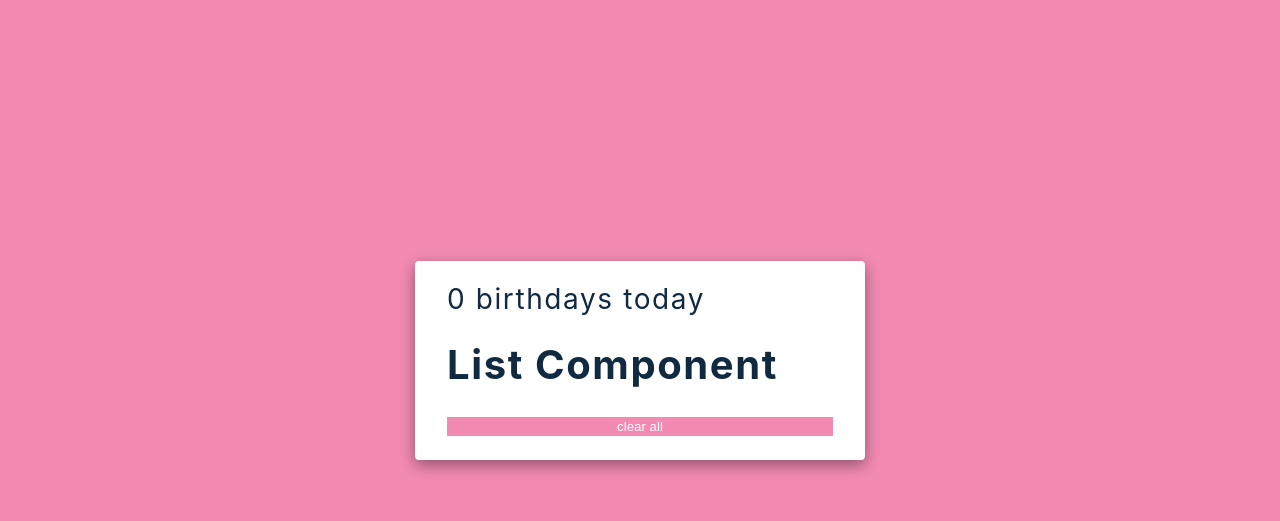
Repository: bodescuanamariia/birthday-reminder
Page: /
An editor plug-in stored every save of this project. The page is shown before and after the next save, followed by the edit.
The browser window is 1280 px wide. The pictures show the whole page.
The project was rebuilt for these pictures with package versions that can differ from the ones it lists, and the page was loaded fresh each time. Imported but missing from the stored project, and not drawn on this page: src/data.

Above is the page before, as saved 2022-04-14 14:31:22.

After the next save:
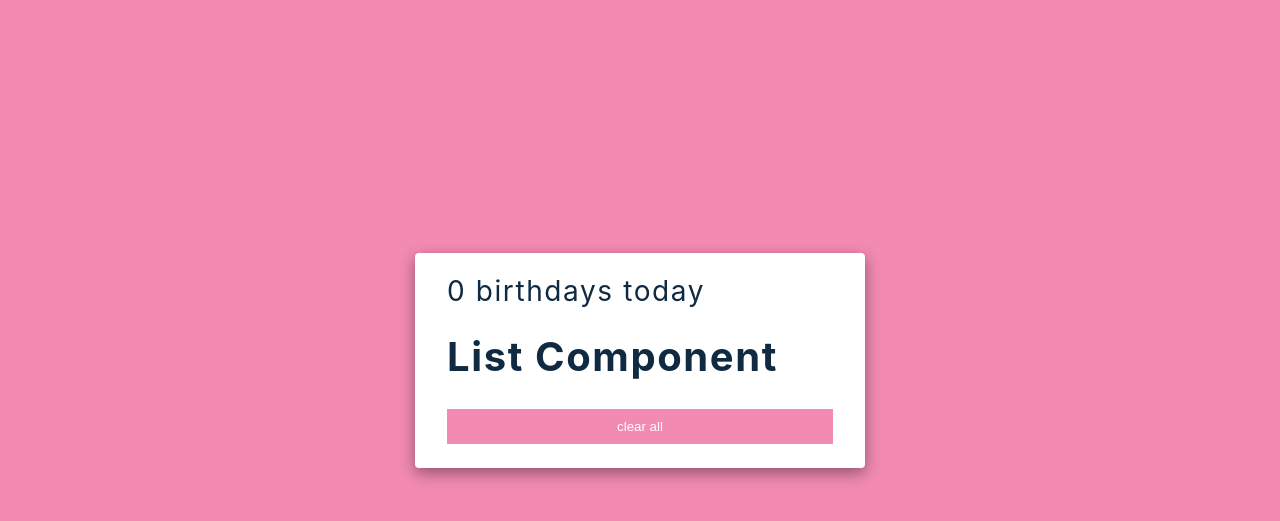
Saved 7 s later.
--- a/src/index.css
+++ b/src/index.css
@@ -156,5 +156,5 @@ main {
   width: 100%;
   border-color: transparent;
   margin: 2rem auto 0 auto;
-  padding: ;
+  padding: 0.5rem 0;
 }
